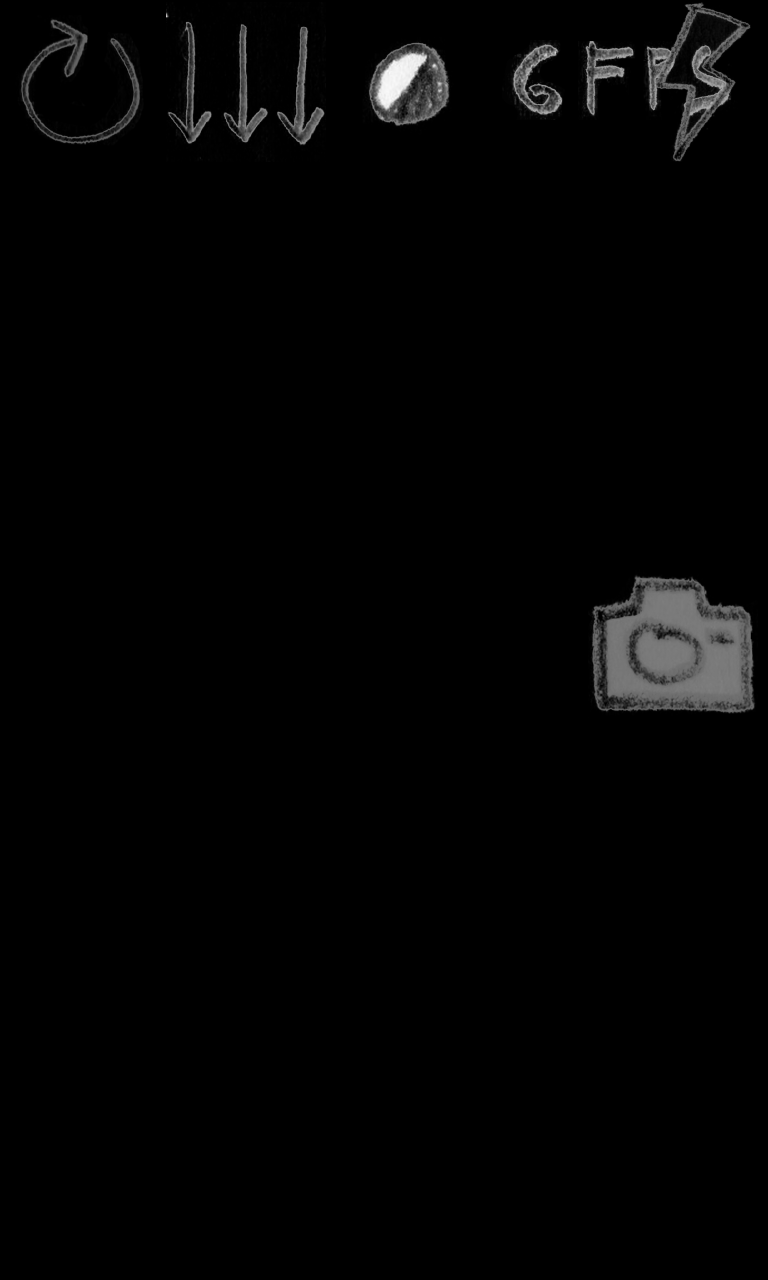
Repository: kubotron/penandplay
Layout: penandplay-workspace/penandplay/res/layout/photo_surface_view.xml
An editor plug-in stored every save of this project. The layout is shown before and after the next save, followed by the edit.
It is drawn on a 768 x 1280 px phone screen (xhdpi) without system bars, with theme android:Theme.NoTitleBar.Fullscreen; the app's code is not run.

Above is the layout before, as saved 2014-08-26 15:58:09.

After the next save:
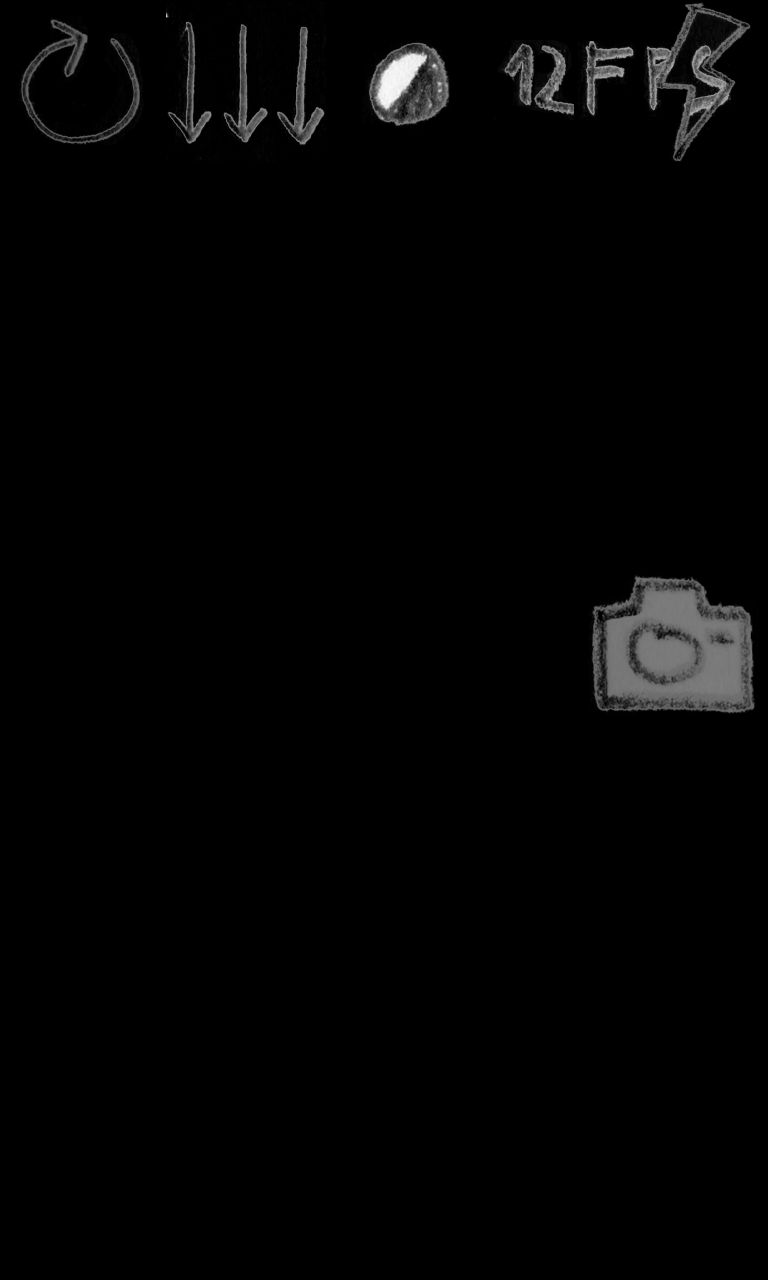
Saved 57 s later.
--- a/penandplay-workspace/penandplay/res/layout/photo_surface_view.xml
+++ b/penandplay-workspace/penandplay/res/layout/photo_surface_view.xml
@@ -72,7 +72,7 @@
                 android:layout_marginRight="1dp"
                 android:layout_marginTop="20dp"
                 android:background="@null"
-                android:src="@drawable/ic_6fps" />
+                android:src="@drawable/ic_12fps" />
                   <ImageButton
                 android:id="@+id/fps_button"
                 android:layout_width="wrap_content"
